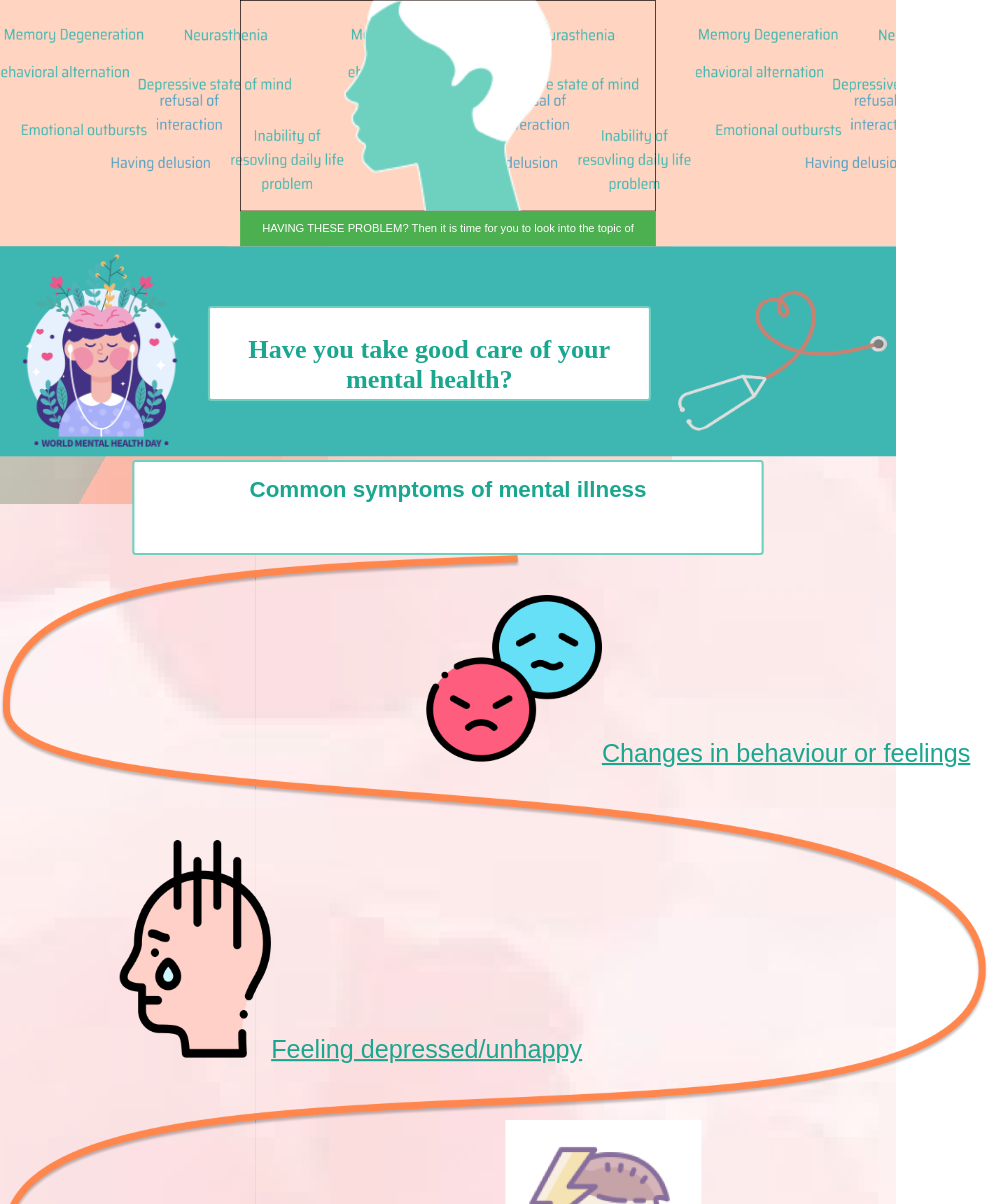
Repository: zzs1/2109-Dynamic-Content-Project
Page: index.html
An editor plug-in stored every save of this project. The page is shown before and after the next save, followed by the edit.
The browser window is 1280 px wide. The page is 1412 px wide, so the pictures cover 1412 px, including what lies to the right of the window. The pictures show the part of the page from y = 0 to 1720 px (the page is 8291 px tall), at 70% of full size.
Some web fonts or font styles are not loaded; a fallback is used.

Above is the page before, as saved 2021-03-09 12:36:21.

After the next save:
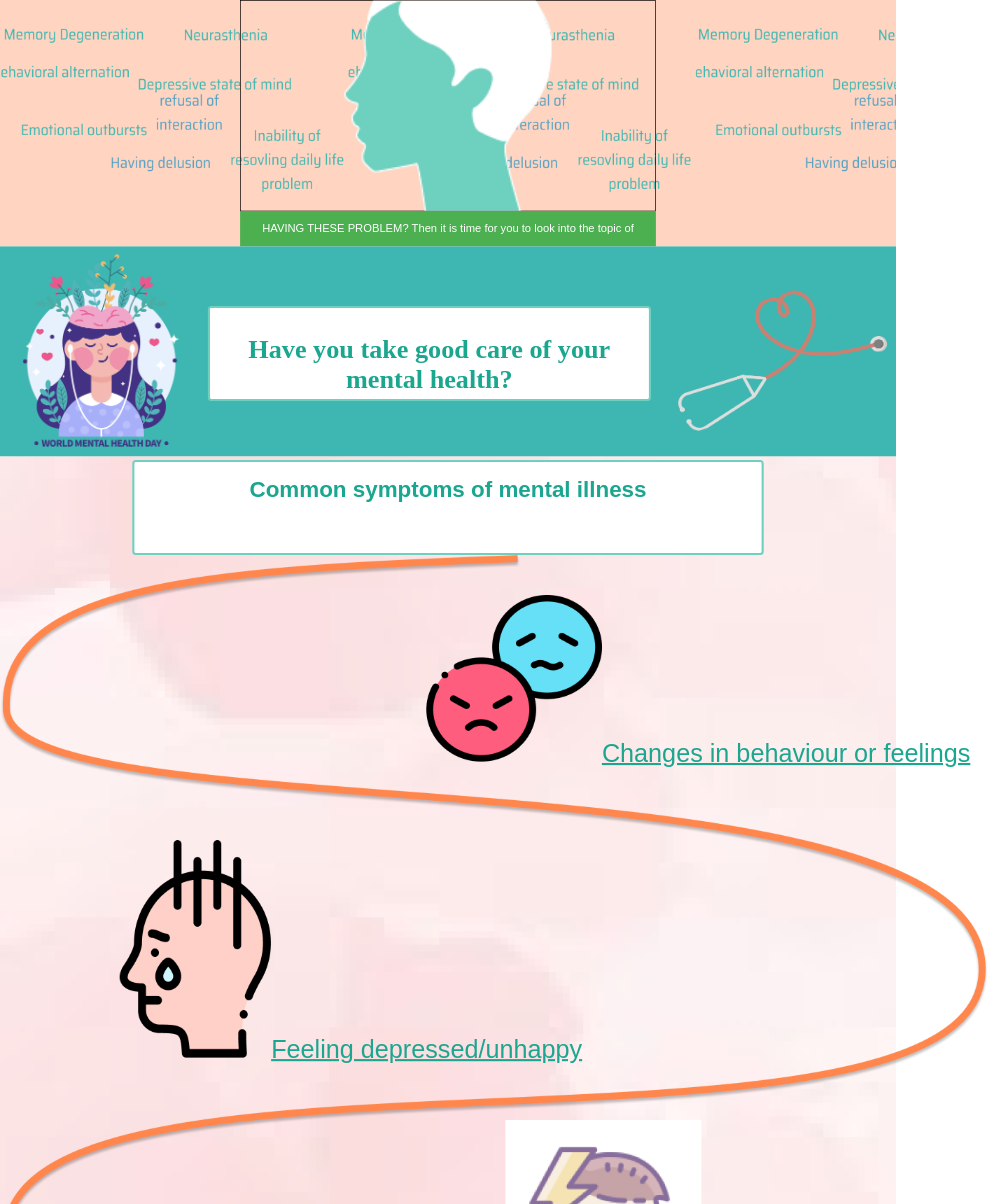
Saved 9 s later.
--- a/index.html
+++ b/index.html
@@ -159,9 +159,6 @@
 
     <!--For Joyce, next part write from here as long as it is main content. If it is footer, please place the code underneath </div> with <footer>-->
      <footer id="bottomPart">
-      <div class="bg"></div>
-        <div class="bg bg2"></div>
-        <div class="bg bg3"></div>
         <div  id="bottom">
         <div id="right">
             <div id="content">
